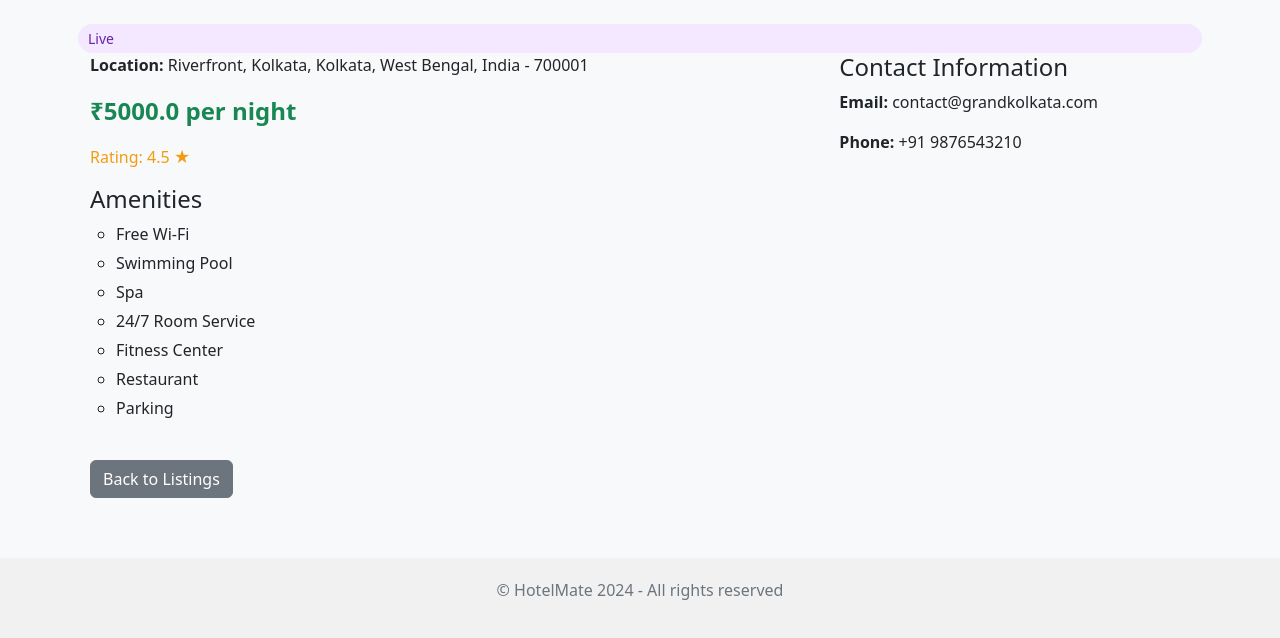
Repository: himanshu2k23/HoteMate
Page: http://localhost/HotelMate/details.jsp
These files come from the project's save history. The page is drawn as it stood at one moment and after the next save; the edit follows.
The browser window is 1280 px wide. The pictures show the part of the page from y = 706 to 1344 px (the page is 1344 px tall before and 1339 px after).
The page is served by Tomcat 10.

Above is the page before, as saved 2025-01-13 19:09:16.

After the next save:
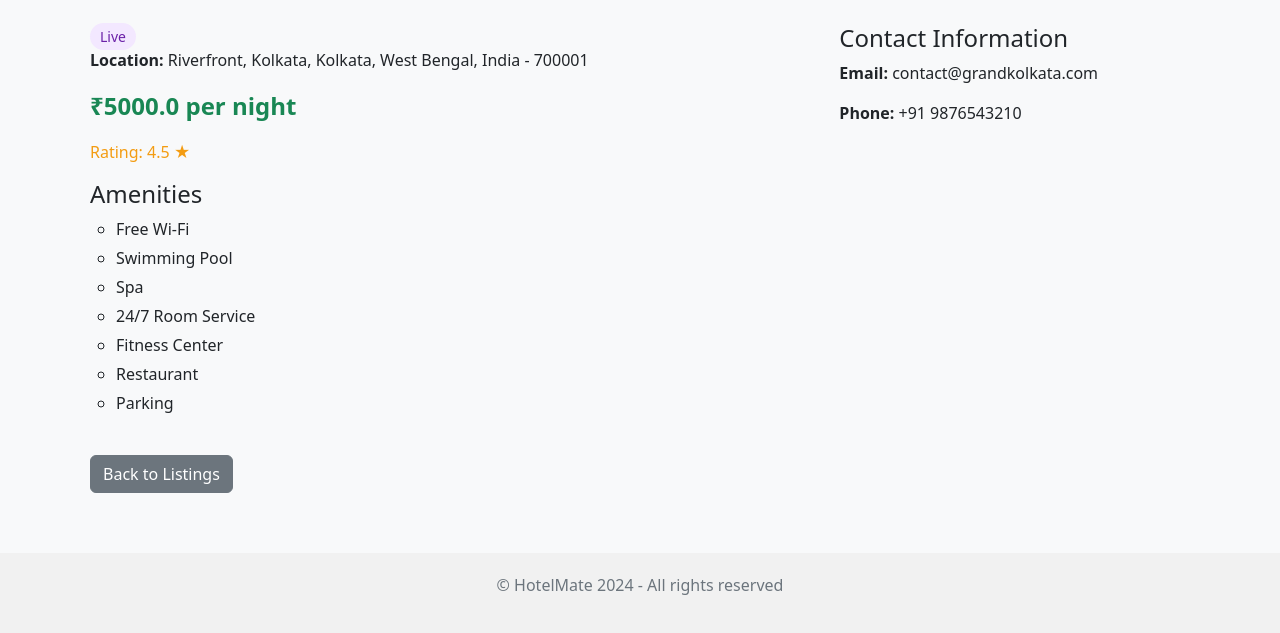
Saved 18 s later.
--- a/HotelMate/src/main/webapp/details.jsp
+++ b/HotelMate/src/main/webapp/details.jsp
@@ -110,11 +110,12 @@ body {
 
 		<!-- Hotel Information -->
 		<div class="row mt-4">
-			<span
-				style="white-space: nowrap; border-radius: 9999px; background-color: #f3e8ff; padding: 0.25rem 0.625rem; font-size: 0.875rem; color: #6b21a8;">
-				Live </span>
 
 			<div class="col-md-8">
+				<span
+					style="white-space: nowrap; border-radius: 9999px; background-color: #f3e8ff; padding: 0.25rem 0.625rem; font-size: 0.875rem; color: #6b21a8;">
+					Live </span>
+
 
 				<p>
 					<strong>Location:</strong>
